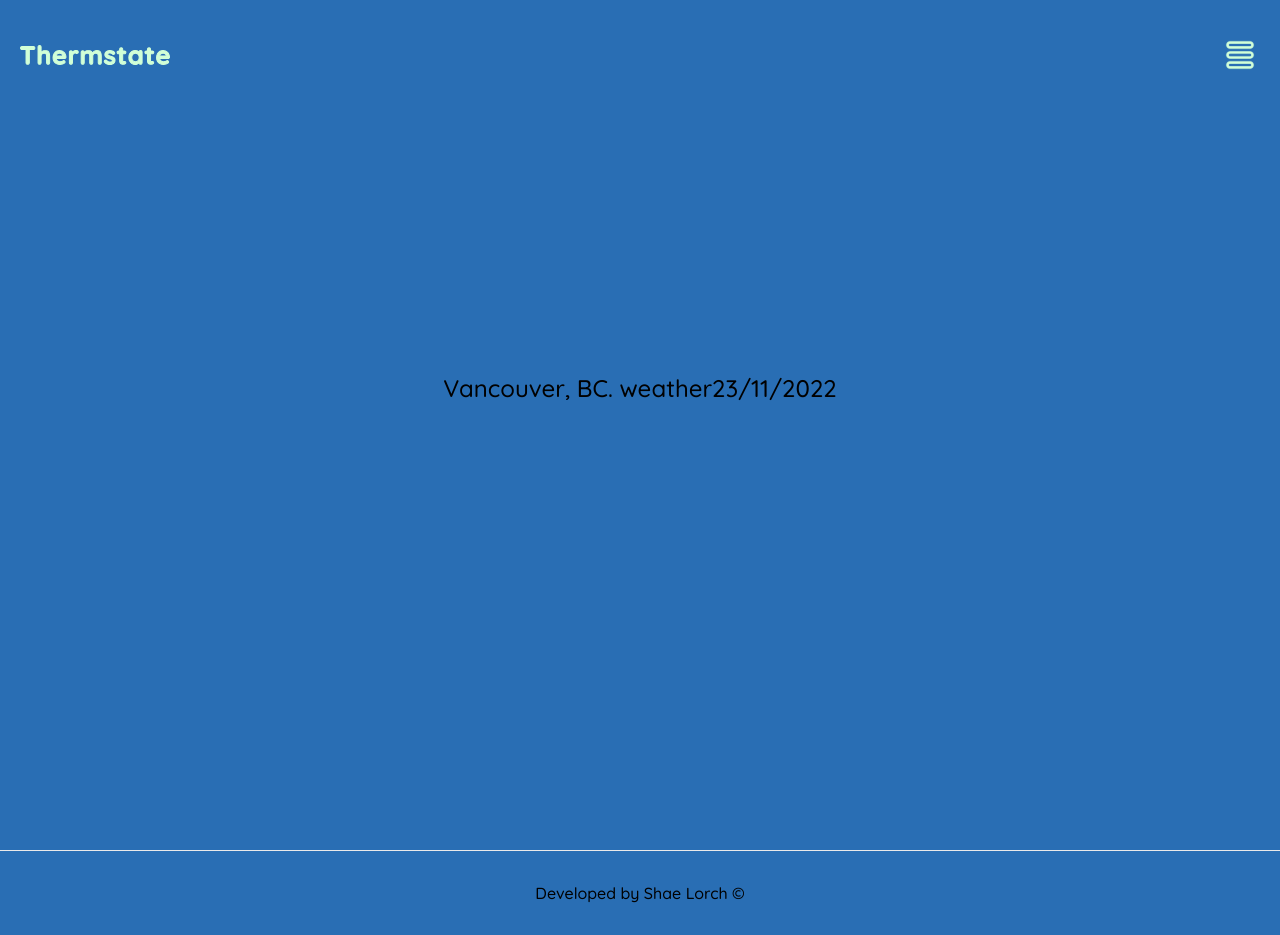
Repository: shaelorch/assessment2-DCD
Page: /
These files come from the project's save history. The page is drawn as it stood at one moment and after a run of saves; the edit follows.
The browser window is 1280 px wide. The pictures show the whole page.
Some web fonts or font styles are not loaded; a fallback is used. The project was rebuilt for these pictures with package versions that can differ from the ones it lists, and the page was loaded fresh each time. The framework's server and built-in components were replaced by stand-ins that run in the browser. Also part of the build but not shown: next.config.js, comps/weatherCard.js.

Above is the page before, as saved 2023-02-23 17:42:50.

### pages/index.js
import Head from 'next/head'
import Image from 'next/image'
import { useEffect, useRef, useState } from 'react';
import styles from '../styles/Home.module.css';
import axios from 'axios';
import WeatherCont from '../comps/weatherCard';
import NavBar from '../comps/Navbar';

export default function Home() {

  const apiKey = 'cbd83d03fd51593f0af105201d308067';
  const location = 'vancouver';
  const units = 'metric';
  const url = `https://api.openweathermap.org/data/2.5/forecast?q=${location}&units=${units}&appid=${apiKey}`;

  const [data, setData] = useState();

  const grabWeather = useRef(false);

  const fetchWeather = async () => {
    const response = await axios.get(url);
    console.log(response);

    console.log(response.data.list);
    const arrayOfDays = [];

    let weatherData = response.data.list.map((weather, index) => {
      console.log(parseInt(weather.dt_txt.substr(8, 2), 10));
      let num = parseInt(weather.dt_txt.substr(8, 2), 10);

      if (num !== arrayOfDays.find(element => element === num)) {
        arrayOfDays.push(num);
        console.log("Here");
        console.log(response.data.list[index]);
        var month = '';
        var icon = '';

        if (weather.dt_txt.substr(5, 2) == 1) {
          month = 'January';
        } else if (weather.dt_txt.substr(5, 2) == 2) {
          month = 'February';
        } else if (weather.dt_txt.substr(5, 2) == 3) {
          month = 'March';
        } else if (weather.dt_txt.substr(5, 2) == 4) {
          month = 'April';
        } else if (weather.dt_txt.substr(5, 2) == 5) {
          month = 'May';
        } else if (weather.dt_txt.substr(5, 2) == 6) {
          month = 'June';
        } else if (weather.dt_txt.substr(5, 2) == 7) {
          month = 'July';
        } else if (weather.dt_txt.substr(5, 2) == 8) {
          month = 'August';
        } else if (weather.dt_txt.substr(5, 2) == 9) {
          month = 'September';
        } else if (weather.dt_txt.substr(5, 2) == 10) {
          month = 'October';
        } else if (weather.dt_txt.substr(5, 2) == 11) {
          month = 'November';
        } else if (weather.dt_txt.substr(5, 2) == 12) {
          month = 'December';
        }

        if (weather.weather[0].main == 'Clouds') {
          icon = '/icons/cloud.svg'
        } else if (weather.weather[0].main == 'Clear') {
          icon = '/icons/clear.svg'
        } else if (weather.weather[0].main == 'Atmosphere') {
          icon = '/icons/atmosphere.svg'
        } else if (weather.weather[0].main == 'Rain') {
          icon = '/icons/rain.svg'
        } else if (weather.weather[0].main == 'Drizzle') {
          icon = '/icons/drizzle.svg'
        } else if (weather.weather[0].main == 'Snow') {
          icon = '/icons/snow.svg'
        } else if (weather.weather[0].main == 'Thunderstorm') {
          icon = '/icons/lightening.svg'
        }

        var now = new Date(weather.dt_txt);
        var days = ['Sunday', 'Monday', 'Tuesday', 'Wednesday', 'Thursday', 'Friday', 'Saturday']
        var day = days[now.getDate()];

        return ( <div className={styles.card} key={index} >
            <div className={styles.cardContent}>
              <Image style={{}}
                src={icon}
                alt="logo"
                width={80}
                height={80}
                priority
              />
              <div style={{ alignSelf: 'center', marginRight: 180 }}>
                <div>{weather.main.temp.toFixed(1)} °C</div>
                <div>{weather.weather[0].main}</div>
              </div>
              <p>
                {day} <br /> {month} {weather.dt_txt.substr(8, 2)}, {weather.dt_txt.substr(0, 4)}
              </p></div>
          </div>
        )
      }


    })
    console.log(arrayOfDays);
        setData(weatherData);

  }




  useEffect(() => {
    if (grabWeather.current === true) {
      fetchWeather();
    }

    return () => {
      grabWeather.current = true;
    }
  }, []);

  const current = new Date();
  const date = `${current.getDate()}/${current.getMonth() + 1}/${current.getFullYear()}`;


  return (

    <>
      <Head>

      </Head>

        <NavBar />



      <main className={styles.main}>
        <div className={styles.description}>
          <p>
            Vancouver, BC. weather
           {date}
          </p>

        </div>

        {/* <div className={styles.mainCard}>
          <div className={styles.mainCardContent}>
            {data}
          </div>

        </div> */}

        <div className={styles.grid}>
          <div>
            {data}
          </div>

        </div>

      </main>
      <footer className={styles.footer}>
      <div>
            <a>
              Developed by Shae Lorch &#169;
            </a>
          </div>
      </footer>

    </>

  )
}

### styles/globals.css
@import url('https://fonts.googleapis.com/css2?family=Tilt+Warp&display=swap');
@import url('https://fonts.googleapis.com/css2?family=Quicksand:wght@300;500;700&family=Tilt+Neon&family=Tilt+Warp&display=swap');

html,
body {
  padding: 0;
  margin: 0;
  font-family: -apple-system, BlinkMacSystemFont, Segoe UI, Roboto, Oxygen,
    Ubuntu, Cantarell, Fira Sans, Droid Sans, Helvetica Neue, sans-serif;
}

a {
  color: inherit;
  text-decoration: none;
}

* {
  box-sizing: border-box;
}

@media (prefers-color-scheme: dark) {
  html {
    color-scheme: dark;
  }
  body {
    color: white;
    background: black;
  }
}

### styles/Home.module.css
.container {
  padding: 0 2rem;
  background-color: #296EB4;
}

.main {
  min-height: 100vh;
  padding: 4rem 0;
  flex: 1;
  display: flex;
  flex-direction: column;
  justify-content: center;
  align-items: center;
  background-color: #296EB4;
  font-family:quicksand, cursive;

}



.card {
  background: rgb(255,255,255);
  background: linear-gradient(0deg, rgba(255,255,255,0) 0%, rgba(136,198,255,1) 47%);
  width:100%;
  height:100%;
  border-radius:20px;
  padding-left:5%;
  margin-bottom: 8%;
}

.mainCardContent {

  display: flex;
  flex-direction: column;

}

.cardContent {
  display: flex;
  flex-direction: row;
  justify-content: space-between;
  margin-right: 5%;
  align-content:center;
}

.logoCont {
  margin-top:-20px;
  padding-left: 20px;
  display: flex;
  flex-direction: row;
  justify-content: space-between;
  background-color: #296EB4;
  align-content: center;
  align-items: center;
  padding-right: 20px;

}



.footer {
  display: flex;
  flex: 1;
  padding: 2rem 0;
  border-top: 1px solid #eaeaea;
  justify-content: center;
  align-items: center;
  background-color: #296EB4;
  font-family: quicksand, cursive;
}

.footer a {
  display: flex;
  justify-content: center;
  align-items: center;
  flex-grow: 1;
}

.title a {
  color: #0070f3;
  text-decoration: none;
}

.title a:hover,
.title a:focus,
.title a:active {
  text-decoration: underline;
}

.title {
  margin: 0;
  line-height: 1.15;
  font-size: 4rem;
}

.title,
.description {
  text-align: center;
}

.description {

  line-height: 1.5;
  font-size: 1.5rem;
}

.code {
  background: #fafafa;
  border-radius: 5px;
  padding: 0.75rem;
  font-size: 1.1rem;
  font-family: Menlo, Monaco, Lucida Console, Liberation Mono, DejaVu Sans Mono,
    Bitstream Vera Sans Mono, Courier New, monospace;
}

.grid {
  display: flex;
  align-items: center;
  justify-content: center;
  flex-wrap: wrap;
  max-width: 800px;
  margin:8%;
}

.mainCard {
  height:384px;
  width:338px;
  background: rgb(255,255,255);
  background: linear-gradient(0deg, rgba(255,255,255,0) 0%, rgba(136,198,255,1) 47%);
  border-radius: 20px;;
}





.logo {
  height: 1em;
  margin-left: 0.5rem;
}

@media (max-width: 600px) {
  .grid {
    width: 100%;
    flex-direction: column;
  }
}

@media (prefers-color-scheme: dark) {
  .card,
  .footer {
    border-color: #222;
  }
  .code {
    background: #111;
  }
  .logo img {
    filter: invert(1);
  }
}

### comps/Navbar.js
import Image from "next/image"
import styles from '../styles/Home.module.css'

export default function NavBar() {

    return(<div className={styles.logoCont}>
        <Image src="/logo.svg"
        alt="logo"
        width={150}
        height={150}
        />
        <Image
        src="/menu.svg"
        alt="menu"
        width={40}
        height={40}/>
    </div>

    )
}

Loaded but not shown: pages/_app.js (common file)

After the next 2 saves:
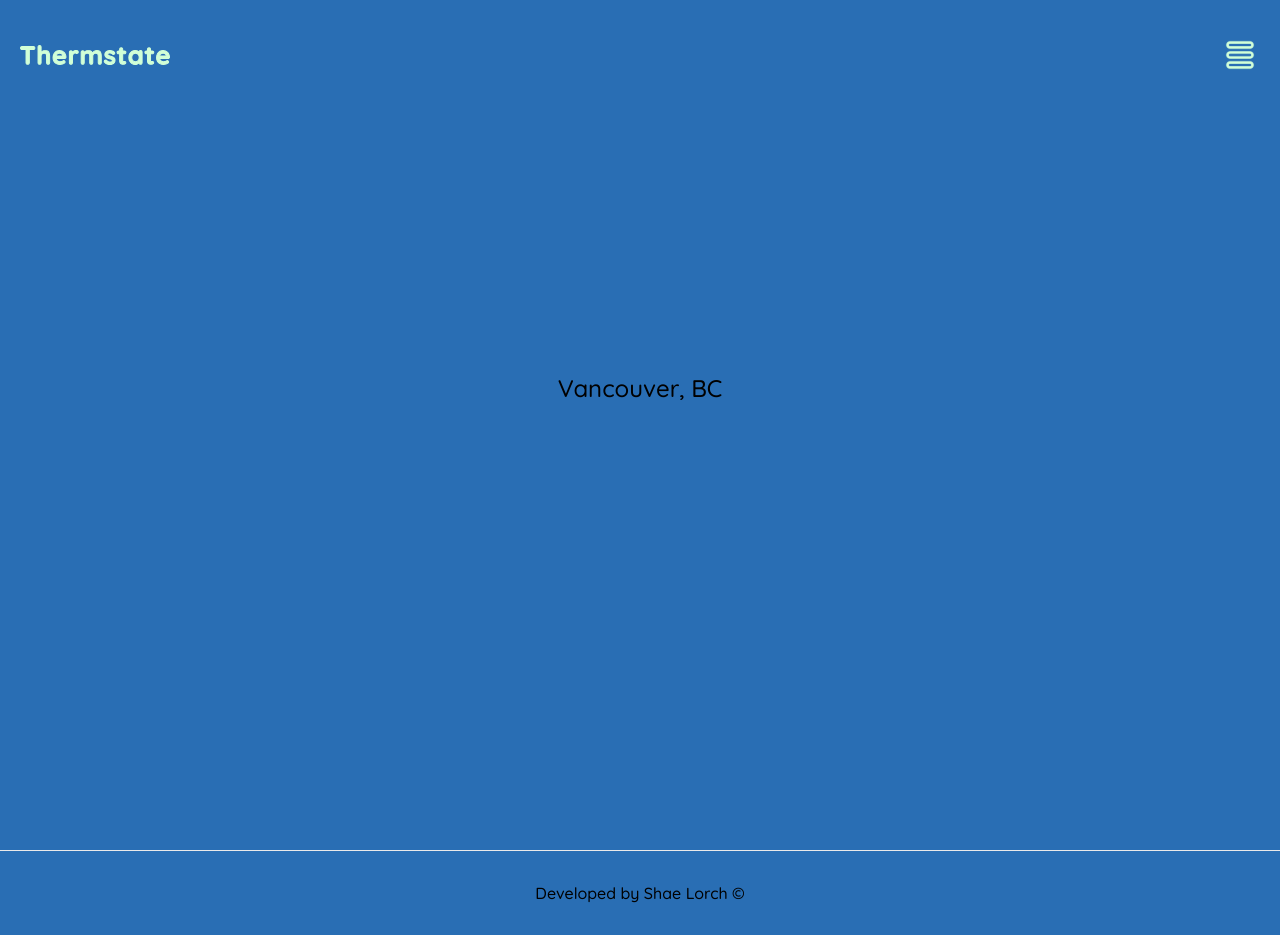
The 2 saves are shown as one change because they came seconds apart.
The last was saved 8 s later.
--- a/pages/index.js
+++ b/pages/index.js
@@ -139,8 +139,8 @@ export default function Home() {
       <main className={styles.main}>
         <div className={styles.description}>
           <p>
-            Vancouver, BC. weather
-           {date}
+            Vancouver, BC
+
           </p>
 
         </div>
